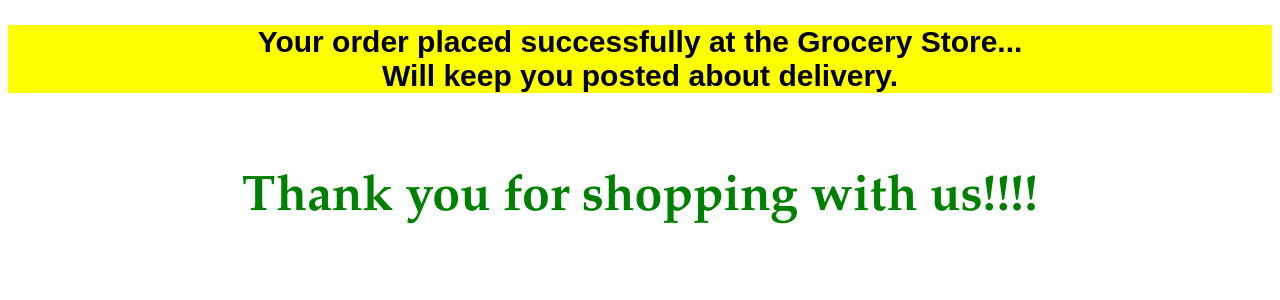
Repository: pournimapatil27/GroceryStoreMicroservice
Page: StoreLogin/src/main/resources/static/store.html
The author's editor kept a copy of each file at every save. The page is drawn from the files as they stood at one save, then again after the next save.
The browser window is 1280 px wide. The pictures show the whole page.

Above is the page before, as saved 2021-12-03 09:12:49.

### StoreLogin/src/main/resources/static/store.html
<?xml version="1.0" encoding="UTF-8"?>
<!DOCTYPE html PUBLIC "-//W3C//DTD XHTML 1.0 Transitional//EN"
"http://www.w3.org/TR/xhtml1/DTD/xhtml1-transitional.dtd">
<html xmlns="http://www.w3.org/1999/xhtml"
      xmlns:h="http://java.sun.com/jsf/html">
   <h:head>
      <title>Welcome to Grocery Store</title>
   </h:head>
   <h:body>
      <h2 style="background-color:yellow;font-family:'Arial';font-size:30px;text-align: center">Your order placed successfully at the Grocery Store...<br>Will keep you posted about delivery.<br></h2>
 <br>
  <h1 style="color:green;font-family:'Garamond';font-size:50px;text-align: center">Thank you for shopping with us!!!!</h1>
   </h:body>
</html>

After the next save:
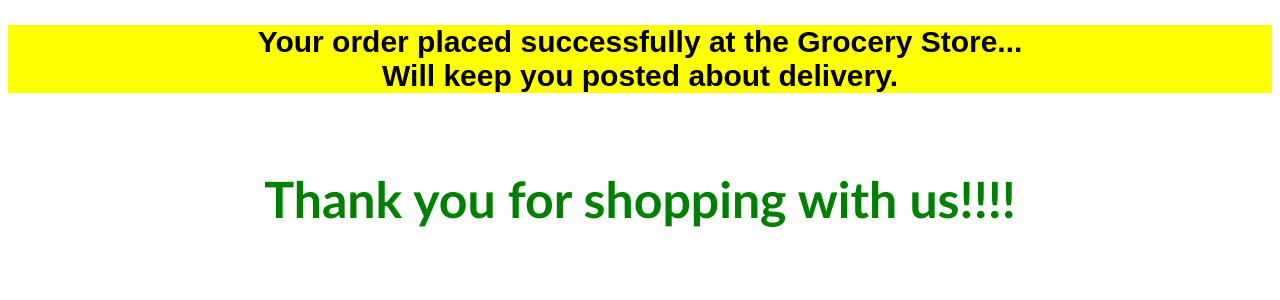
Saved 30 s later.
--- a/StoreLogin/src/main/resources/static/store.html
+++ b/StoreLogin/src/main/resources/static/store.html
@@ -9,6 +9,6 @@
    <h:body>
       <h2 style="background-color:yellow;font-family:'Arial';font-size:30px;text-align: center">Your order placed successfully at the Grocery Store...<br>Will keep you posted about delivery.<br></h2>
  <br>
-  <h1 style="color:green;font-family:'Garamond';font-size:50px;text-align: center">Thank you for shopping with us!!!!</h1>
+  <h1 style="color:green;font-family:'Trebuchet MS';font-size:50px;text-align: center">Thank you for shopping with us!!!!</h1>
    </h:body>
 </html>
